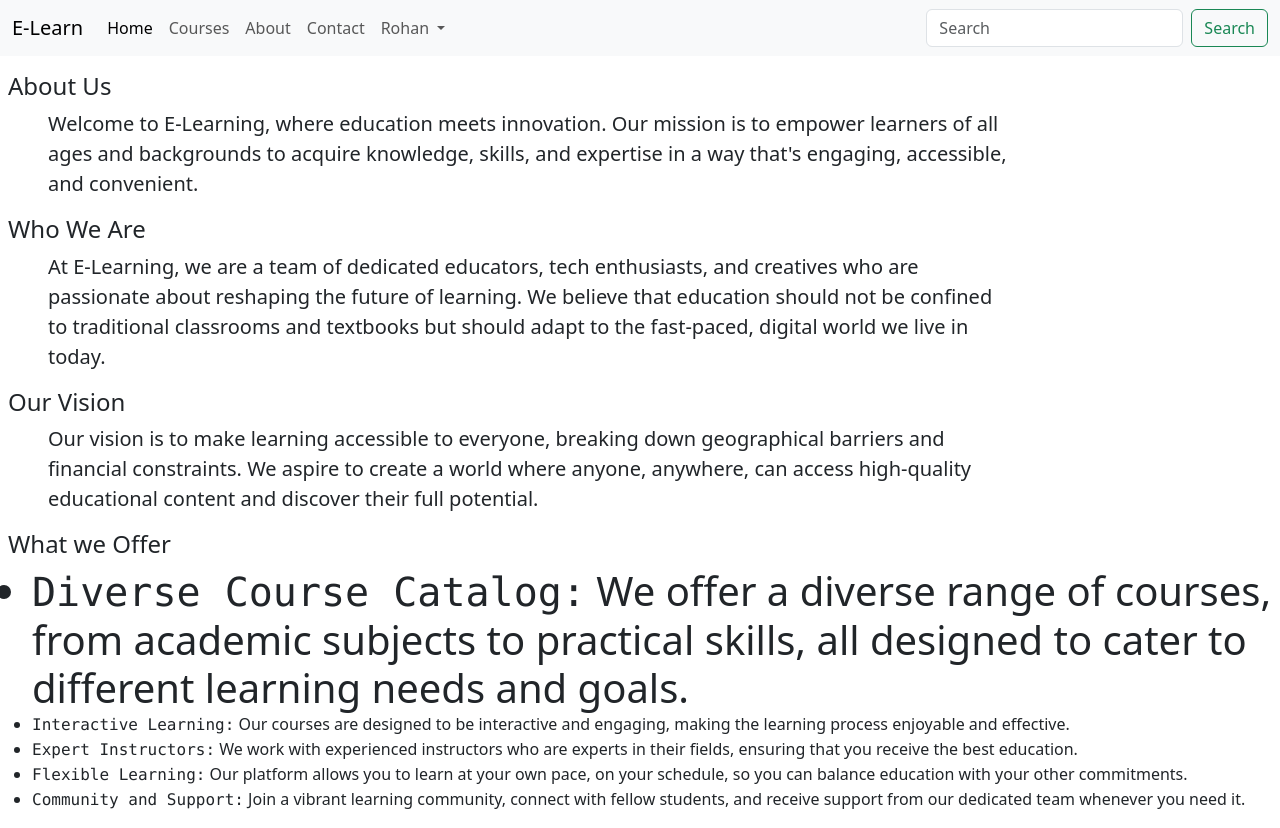
Repository: syni18/bootstrap_elarn
Page: About.html
These files come from the project's save history. The page is drawn as it stood at one moment and after the next save; the edit follows.
The browser window is 1280 px wide. The pictures show the whole page.

Above is the page before, as saved 2023-10-25 23:21:02.

### About.html
<!doctype html>
<html lang="en">
  <head>
    <meta charset="utf-8">
    <meta name="viewport" content="width=device-width, initial-scale=1">
    <title>E-Learning</title>
    <link href="https://cdn.jsdelivr.net/npm/bootstrap@5.3.2/dist/css/bootstrap.min.css" rel="stylesheet" integrity="sha384-T3c6CoIi6uLrA9TneNEoa7RxnatzjcDSCmG1MXxSR1GAsXEV/Dwwykc2MPK8M2HN" crossorigin="anonymous">
  </head>
  <body>
    <nav class="navbar navbar-expand-lg bg-body-tertiary">
  <div class="container-fluid">
    <a class="navbar-brand" href="#">E-Learn</a>
    <button class="navbar-toggler" type="button" data-bs-toggle="collapse" data-bs-target="#navbarSupportedContent" aria-controls="navbarSupportedContent" aria-expanded="false" aria-label="Toggle navigation">
      <span class="navbar-toggler-icon"></span>
    </button>
    <div class="collapse navbar-collapse" id="navbarSupportedContent">
      <ul class="navbar-nav me-auto mb-2 mb-lg-0">
        <li class="nav-item">
          <a class="nav-link active" aria-current="page" href="#">Home</a>
        </li>
        <li class="nav-item">
          <a class="nav-link" href="#">Courses</a>
        </li>
        <li class="nav-item">
          <a class="nav-link" href="#">About</a>
        </li>
        <li class="nav-item">
          <a class="nav-link" href="#">Contact</a>
        </li>
        <li class="nav-item dropdown">
          <a class="nav-link dropdown-toggle" href="#" role="button" data-bs-toggle="dropdown" aria-expanded="false">
            Rohan
          </a>
          <ul class="dropdown-menu">
            <li><a class="dropdown-item" href="#">My Profile</a></li>
            <li><a class="dropdown-item" href="#">My Courses</a></li>
            <li><hr class="dropdown-divider"></li>
            <li><a class="dropdown-item" href="#">Log Out</a></li>
          </ul>
        </li>
      </ul>
      <form class="d-flex" role="search">
        <input class="form-control me-2" type="search" placeholder="Search" aria-label="Search">
        <button class="btn btn-outline-success" type="submit">Search</button>
      </form>
    </div>
  </div>
</nav>
<div class="mt-3">
    <h6 class="fs-4 ms-2 ">About Us</h6>
    <p class="w-75 ms-5 lead">Welcome to E-Learning, where education meets innovation. Our mission is to empower learners of all ages and backgrounds to acquire knowledge, skills, and expertise in a way that's engaging, accessible, and convenient.</p>
</div>
<div class="mt-3">
    <h6 class="fs-4 ms-2">Who We Are</h6>
    <p class="w-75 ms-5 lead">At E-Learning, we are a team of dedicated educators, tech enthusiasts, and creatives who are passionate about reshaping the future of learning. We believe that education should not be confined to traditional classrooms and textbooks but should adapt to the fast-paced, digital world we live in today.</p>
</div>
<div class="mt-3">
    <h6 class="fs-4 ms-2">Our Vision</h6>
    <p class="w-75 ms-5 lead">Our vision is to make learning accessible to everyone, breaking down geographical barriers and financial constraints. We aspire to create a world where anyone, anywhere, can access high-quality educational content and discover their full potential.</p>
</div>
<div class="mt-3">
    <h6 class="fs-4 ms-2">What we Offer</h6>
    <ul class="">
        <li class="display-6"><samp>Diverse Course Catalog:</samp> We offer a diverse range of courses, from academic subjects to practical skills, all designed to cater to different learning needs and goals.</li>
        <li><samp>Interactive Learning:</samp> Our courses are designed to be interactive and engaging, making the learning process enjoyable and effective.</li>
        <li><samp>Expert Instructors:</samp> We work with experienced instructors who are experts in their fields, ensuring that you receive the best education.</li>
        <li><samp>Flexible Learning:</samp> Our platform allows you to learn at your own pace, on your schedule, so you can balance education with your other commitments.</li>
        <li><samp>Community and Support:</samp> Join a vibrant learning community, connect with fellow students, and receive support from our dedicated team whenever you need it.</li>
    </ul>
</div>
    <script src="https://cdn.jsdelivr.net/npm/bootstrap@5.3.2/dist/js/bootstrap.bundle.min.js" integrity="sha384-C6RzsynM9kWDrMNeT87bh95OGNyZPhcTNXj1NW7RuBCsyN/o0jlpcV8Qyq46cDfL" crossorigin="anonymous"></script>
  </body>
</html>

After the next save:
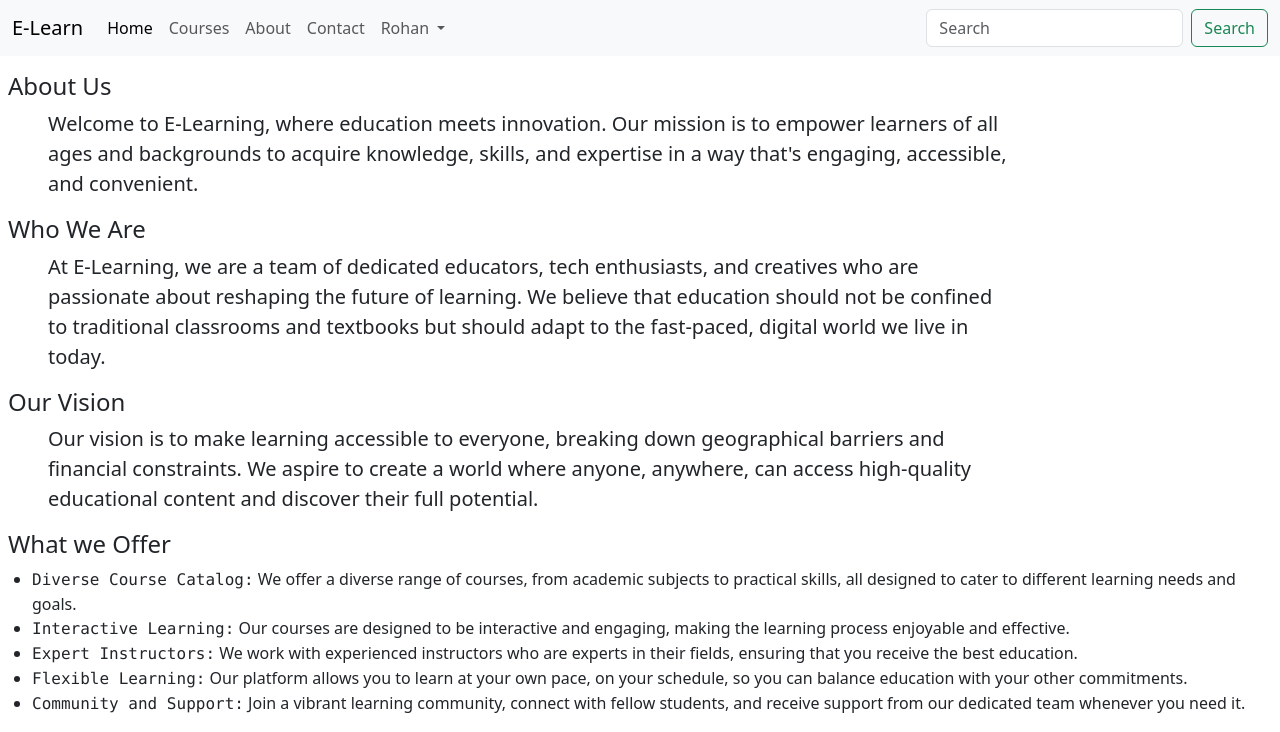
Saved 5 s later.
--- a/About.html
+++ b/About.html
@@ -61,7 +61,7 @@
 <div class="mt-3">
     <h6 class="fs-4 ms-2">What we Offer</h6>
     <ul class="">
-        <li class="display-6"><samp>Diverse Course Catalog:</samp> We offer a diverse range of courses, from academic subjects to practical skills, all designed to cater to different learning needs and goals.</li>
+        <li class=""><samp>Diverse Course Catalog:</samp> We offer a diverse range of courses, from academic subjects to practical skills, all designed to cater to different learning needs and goals.</li>
         <li><samp>Interactive Learning:</samp> Our courses are designed to be interactive and engaging, making the learning process enjoyable and effective.</li>
         <li><samp>Expert Instructors:</samp> We work with experienced instructors who are experts in their fields, ensuring that you receive the best education.</li>
         <li><samp>Flexible Learning:</samp> Our platform allows you to learn at your own pace, on your schedule, so you can balance education with your other commitments.</li>
